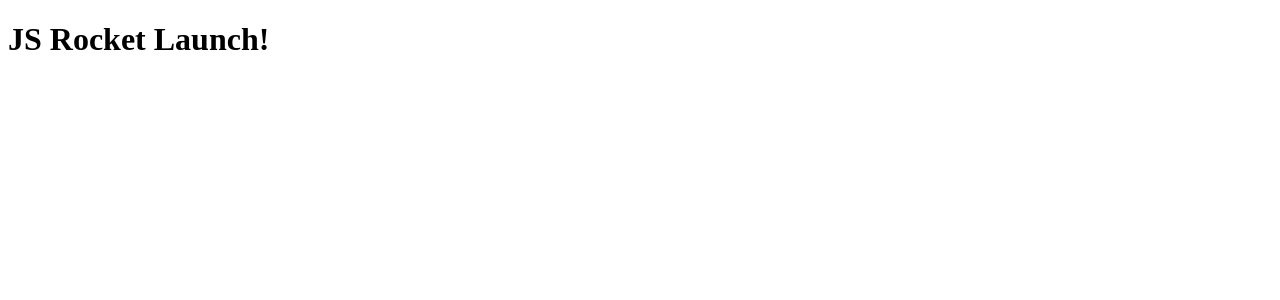
Repository: alcarrizo/Rocket-launch
Page: index.html
An editor plug-in stored every save of this project. The page is shown before and after the next save, followed by the edit.
The browser window is 1280 px wide. The pictures show the whole page.

Above is the page before, as saved 2022-10-19 18:32:34.

After the next save:
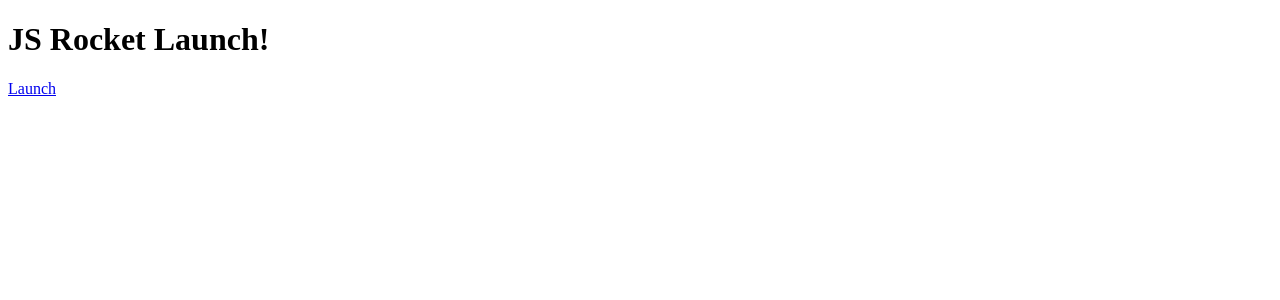
Saved 15 s later.
--- a/index.html
+++ b/index.html
@@ -12,6 +12,7 @@
     <div class="left">
         <div class="state1">
             <h1>JS Rocket Launch!</h1>
+            <a href="#" class="button">Launch</a>
         </div>
     </div>
 
